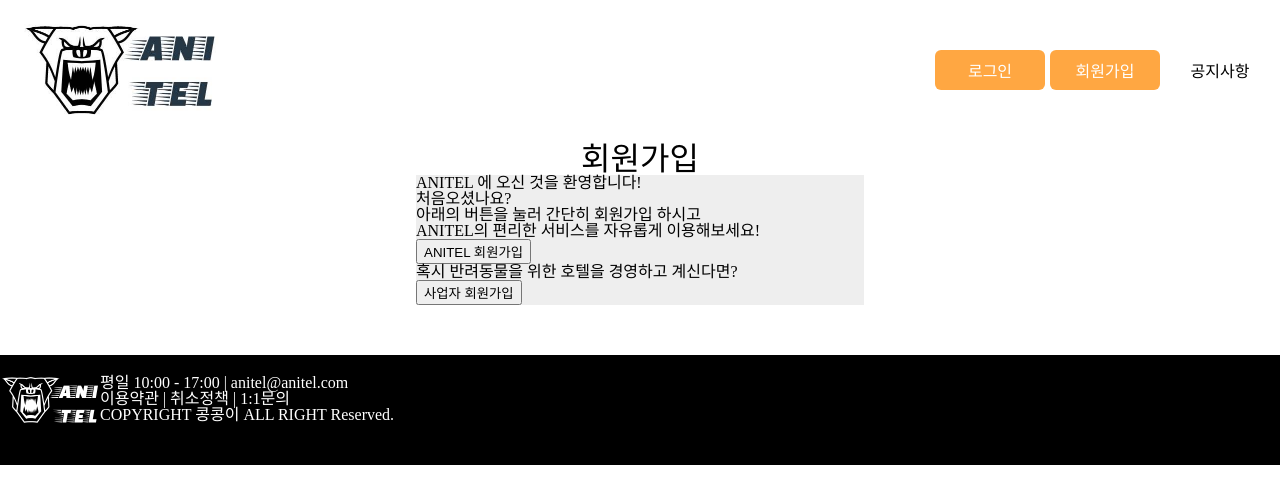
Repository: bangms/anitel
Page: http://localhost/anitel/anitel/member/signIn.jsp
An editor plug-in stored every save of this project. The page is shown before and after the next save, followed by the edit.
The browser window is 1280 px wide. The pictures show the whole page.
The page is served by Tomcat 9.

Above is the page before, as saved 2021-06-30 16:01:22.

After the next save:
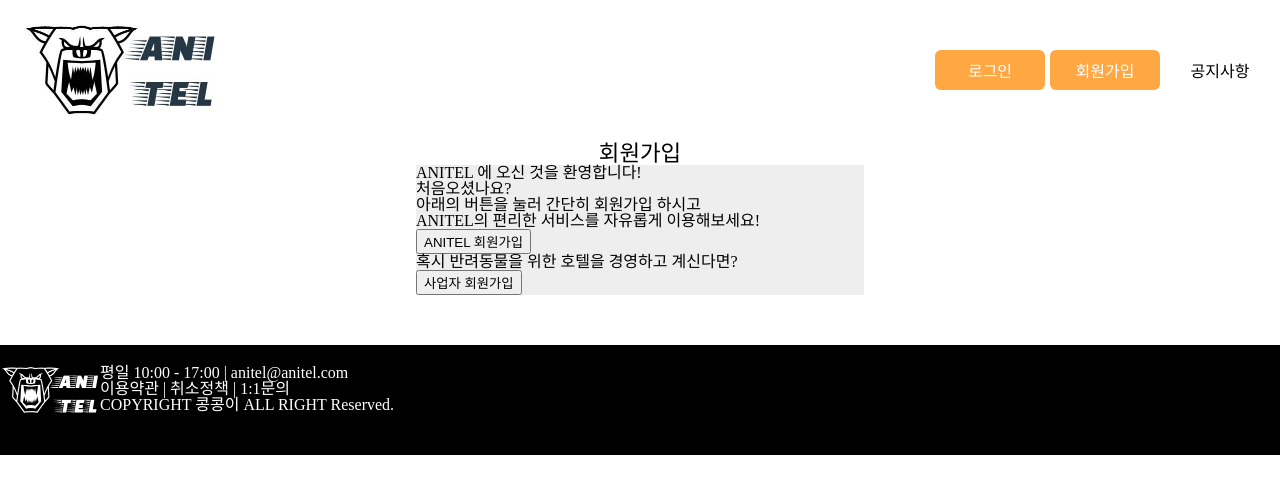
Saved 8 s later.
--- a/workspace/anitel/WebContent/anitel/member/style/style.css
+++ b/workspace/anitel/WebContent/anitel/member/style/style.css
@@ -86,7 +86,7 @@
 }
 
 #signup_wrap h1 {
-	font-size: 2em;
+	font-size: 1.4em;
 }
 
 .box_wrap {
